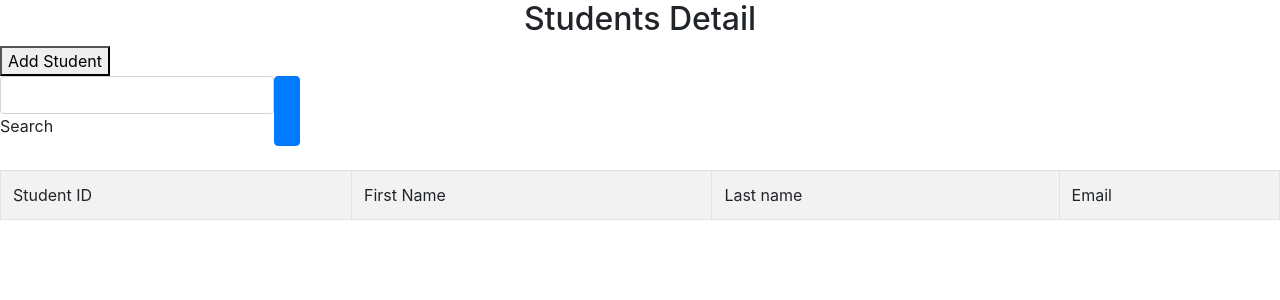
Repository: manvendra-24/jsp-servlets
Page: http://localhost/12-student-mvc-db/StudentController
The author's editor kept a copy of each file at every save. The page is drawn from the files as they stood at one save, then again after the next save.
The browser window is 1280 px wide. The pictures show the whole page.
The page is served by Tomcat 9. Queries for data that is not in the repository find no rows.

Above is the page before, as saved 2024-07-18 06:53:36.

After the next save:
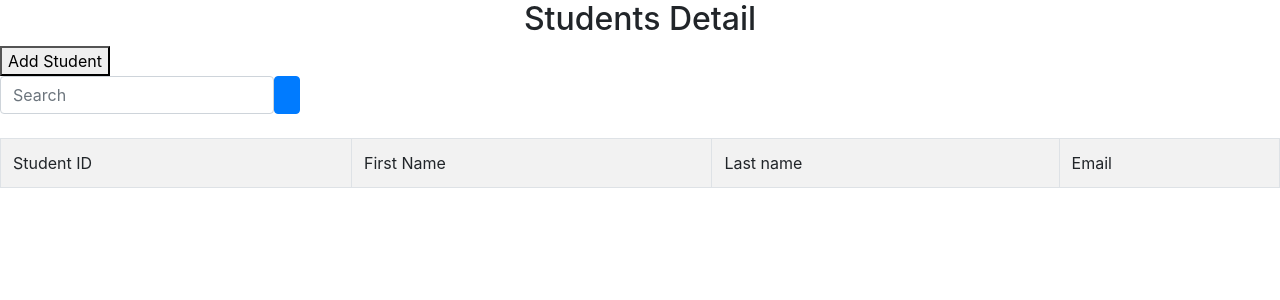
Saved 55 s later.
--- a/12-student-mvc-db/WebContent/view-students.jsp
+++ b/12-student-mvc-db/WebContent/view-students.jsp
@@ -19,8 +19,7 @@
 	</a>
 	<div class="input-group">
 		<div class="form-outline" data-mdb-input-init>
-			<input type="search" id="form1" class="form-control" /> <label
-				class="form-label" for="form1">Search</label>
+			<input type="search" id="form1" class="form-control" placeholder="Search"/>
 		</div>
 		<button type="submit" class="btn btn-primary" data-mdb-ripple-init>
 			<i class="bi bi-search"></i>
